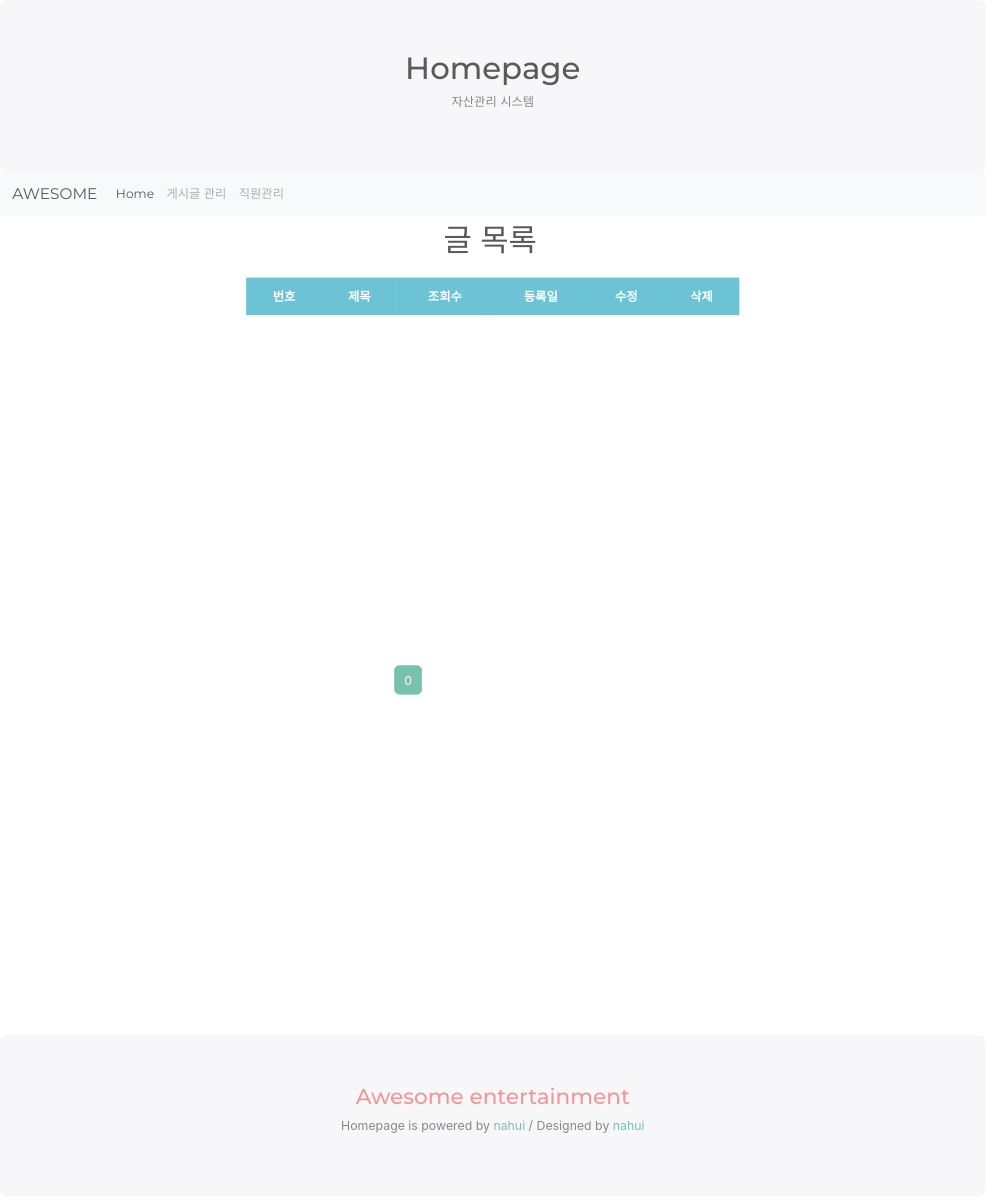
Repository: Nahui068/project1
Page: http://localhost/project1/WEB-INF/views/admin_board.jsp
These files come from the project's save history. The page is drawn as it stood at one moment and after the next save; the edit follows.
The browser window is 1280 px wide. The pictures show the whole page, at 77% of full size.
The page is served by Tomcat 9. Nobody is signed in. Other server files are loaded and not shown. The template is opened directly, without the code that normally fills it, so the values that code supplies are empty.

Above is the page before, as saved 2021-01-07 05:17:42.

### project1/src/main/webapp/WEB-INF/views/admin_board.jsp
<%@ page language="java" contentType="text/html; charset=UTF-8"
    pageEncoding="UTF-8"%>
<%@ taglib prefix="c" uri="http://java.sun.com/jsp/jstl/core" %>
<%@ taglib prefix="fmt" uri="http://java.sun.com/jsp/jstl/fmt" %>
<%@ include file="/WEB-INF/views/include/admin-header.jsp" %>

<script>

//이전 버튼 이벤트

function fn_prev(page, range, rangeSize) {

		var page = ((range - 2) * rangeSize) + 1;
		var range = range - 1;


		var url =  "${pageContext.request.contextPath}/admin_board";
		url = url + "?page=" + page;
		url = url + "&range=" + range;

		location.href = url;
	}


//페이지 번호 클릭

function fn_pagination(page, range, rangeSize, searchType, keyword) {

		var url = "${pageContext.request.contextPath}/admin_board";
		url = url + "?page=" + page;
		url = url + "&range=" + range;

		location.href = url;

	}

//다음 버튼 이벤트

	function fn_next(page, range, rangeSize) {

		var page = parseInt((range * rangeSize)) + 1;
		var range = parseInt(range) + 1;

		var url =  "${pageContext.request.contextPath}/admin_board";

		url = url + "?page=" + page;
		url = url + "&range=" + range;

		location.href = url;

	}

</script>

<!DOCTYPE html>
<html>
<head>
	<link href="resources/css/bootstrap.min.css" rel="stylesheet" type="text/css">
	<meta charset="UTF-8">
	<title>글 목록</title>
</head>
<body>
	<h1 style="position:absolute; top:40%; left:45%;">글 목록</h1>

	<table class="table table-hover" style="position:absolute; top:50%; left:25%; width:50%;">
		<tr class="table-info" style="text-align:center;">
			<th>번호</th>
			<th>제목</th>
			<th>조회수</th>
			<th>등록일</th>
			<th>수정</th>
			<th>삭제</th>
		</tr>
	<c:forEach var="list" items="${boardList}">
		<tr class="table-light" style="text-align:center;">
			<td>${list.num}</td>
			<td><a href="/project1/admin_content?num=${list.num}&title=${list.title}">${list.title}</a></td>
			<td>${list.readcount}</td>
			<fmt:formatDate var="dateTempParse" pattern="yyyy-MM-dd" value="${list.reg}"/>
			<td><c:out value="${dateTempParse}"></c:out></td>
			<td><a href="/project1/admin_board_update?num=${list.num}&title=${list.title}">수정</a></td>
			<td><a href="/project1/board_delete?num=${list.num}&title=${list.title}">삭제</a></td>
		</tr>
	</c:forEach>

	</table>

		<ul class="pagination" style="position:absolute; top:120%; left:40%; width:50%;">
			<c:if test="${pagination.prev}">

				<li class="page-item"><a class="page-link" href="#" onClick="fn_prev('${pagination.page}', '${pagination.range}', '${pagination.rangeSize}')">Previous</a></li>

			</c:if>


			<c:forEach begin="${pagination.startPage}" end="${pagination.endPage}" var="idx">

				<li class="page-item <c:out value="${pagination.page == idx ? 'active' : ''}"/> "><a class="page-link" href="#" onClick="fn_pagination('${idx}', '${pagination.range}', '${pagination.rangeSize}')"> ${idx} </a></li>

			</c:forEach>


			<c:if test="${pagination.next}">

				<li class="page-item"><a class="page-link" href="#" onClick="fn_next('${pagination.page}','${pagination.range}', '${pagination.rangeSize}')" >Next</a></li>

			</c:if>

		</ul>
<%@ include file="/WEB-INF/views/include/footer.jsp" %>
</body>
</html>

### project1/src/main/webapp/WEB-INF/views/include/admin-header.jsp
<%@ page language="java" contentType="text/html; charset=UTF-8"
    pageEncoding="UTF-8"%>
<%@ taglib prefix="c" uri="http://java.sun.com/jsp/jstl/core" %>

<!DOCTYPE html>
<html>
<head>
	<meta charset="UTF-8">
	<meta charset="utf-8">
	<meta name="viewport" content="width=device-width, initial-scale=1">
	<!-- CSS -->
	<link rel="stylesheet" href="https://maxcdn.bootstrapcdn.com/bootstrap/4.1.3/css/bootstrap.min.css">
	<!-- JS -->
	<script src="https://ajax.googleapis.com/ajax/libs/jquery/3.3.1/jquery.min.js"></script>
	<script src="https://cdnjs.cloudflare.com/ajax/libs/popper.js/1.14.3/umd/popper.min.js"></script>
	<script src="https://maxcdn.bootstrapcdn.com/bootstrap/4.1.3/js/bootstrap.min.js"></script>


</head>
<body>
	<div class="jumbotron text-center mb-0">
		<h1>Homepage</h1> <p>자산관리 시스템</p>
	</div>
	<nav class="navbar navbar-expand-lg navbar-light bg-light">
  <a class="navbar-brand" href="/project1/board_select">AWESOME</a>
  <button class="navbar-toggler" type="button" data-toggle="collapse" data-target="#navbarColor03" aria-controls="navbarColor03" aria-expanded="false" aria-label="Toggle navigation">
    <span class="navbar-toggler-icon"></span>
  </button>

  <div class="collapse navbar-collapse" id="navbarColor03">
    <ul class="navbar-nav mr-auto">
      <li class="nav-item active">
        <a class="nav-link" href="/project1/admin_board">Home
          <span class="sr-only">(current)</span>
        </a>
      </li>
      <li class="nav-item">
        <a class="nav-link" href="/project1/admin_board">게시글 관리</a>
      </li>
      <li class="nav-item">
        <a class="nav-link" href="#">직원관리</a>
      </li>
      <!-- <li class="nav-item dropdown">
        <a class="nav-link dropdown-toggle" data-toggle="dropdown" href="#" role="button" aria-haspopup="true" aria-expanded="false">Dropdown</a>
        <div class="dropdown-menu">
          <a class="dropdown-item" href="#">Action</a>
          <a class="dropdown-item" href="#">Another action</a>
          <a class="dropdown-item" href="#">Something else here</a>
          <div class="dropdown-divider"></div>
          <a class="dropdown-item" href="#">Separated link</a>
        </div>
      </li> -->
    </ul>
 	<c:if test="${sessionScope.id !=null}">
    	 ${sessionScope.id}
    	 <input type="button" value="로그아웃" onclick="location.href='/project1/logout'">
    </c:if>
 </div>

</nav>
</body>
</html>

### project1/src/main/webapp/WEB-INF/views/include/footer.jsp
<%@ page language="java" contentType="text/html; charset=UTF-8"
    pageEncoding="UTF-8"%>
<!DOCTYPE html>
<html>
<head>
<meta charset="UTF-8">
<link href="resources/css/bootstrap.min.css" rel="stylesheet" type="text/css">
<link href="resources/css/style-css.css" rel="stylesheet" type="text/css">
</head>
<body>
<!-- footer -->
<div id="footer" class="jumbotron text-center mt-5 mb-0" style="position:absolute;width:100%; top:180%;">
	<h3 class="text-secondary">Awesome entertainment</h3>
	<p>Homepage is powered by <span class="text-primary">nahui</span> / Designed by <span class="text-primary">nahui</span></p>
</div>

</body>
</html>

### project1/src/main/webapp/resources/css/style-css.css
@charset "UTF-8";

#stu_btn{
	margin-right:20px;
}

#meet_btn{
	margin-left:40px;
}

Loaded but not shown: project1/src/main/webapp/resources/css/bootstrap.min.css (library)

After the next save:
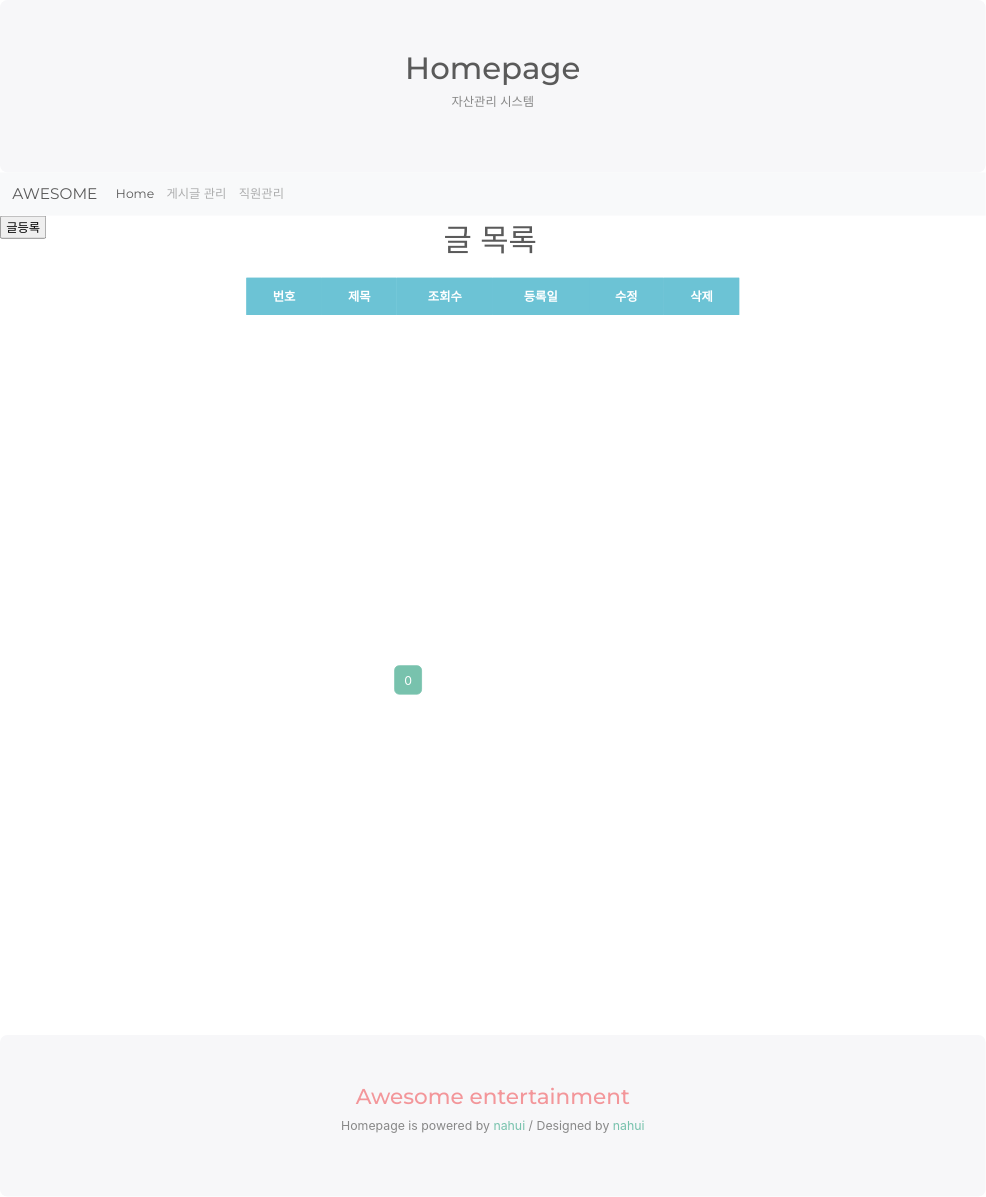
Saved 59 s later.
--- a/project1/src/main/webapp/WEB-INF/views/admin_board.jsp
+++ b/project1/src/main/webapp/WEB-INF/views/admin_board.jsp
@@ -61,7 +61,7 @@
 </head>
 <body>
 	<h1 style="position:absolute; top:40%; left:45%;">글 목록</h1>
-
+	<input type="button" value="글등록" onClick="location.href='/project1/board_form'">
 	<table class="table table-hover" style="position:absolute; top:50%; left:25%; width:50%;">
 		<tr class="table-info" style="text-align:center;">
 			<th>번호</th>
